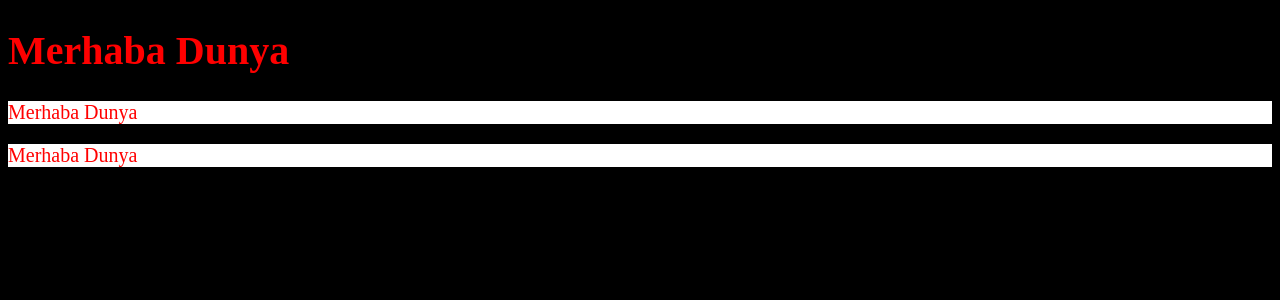
Repository: Kubraaygun/Html_Css_Login
Page: index.html
These files come from the project's save history. The page is drawn as it stood at one moment and after the next save; the edit follows.
The browser window is 1280 px wide. The pictures show the whole page.

Above is the page before, as saved 2025-03-04 15:55:25.

After the next save:
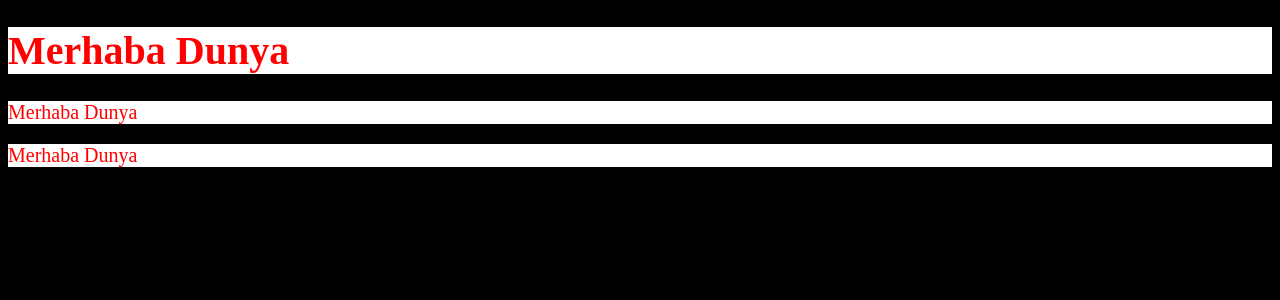
Saved 6 s later.
--- a/index.html
+++ b/index.html
@@ -18,7 +18,7 @@
   </head>
 
   <body>
-    <h1>Merhaba Dunya</h1>
+    <h1 class="p1">Merhaba Dunya</h1>
     <p class="p1">Merhaba Dunya</p>
     <p class="p1">Merhaba Dunya</p>
   </body>
